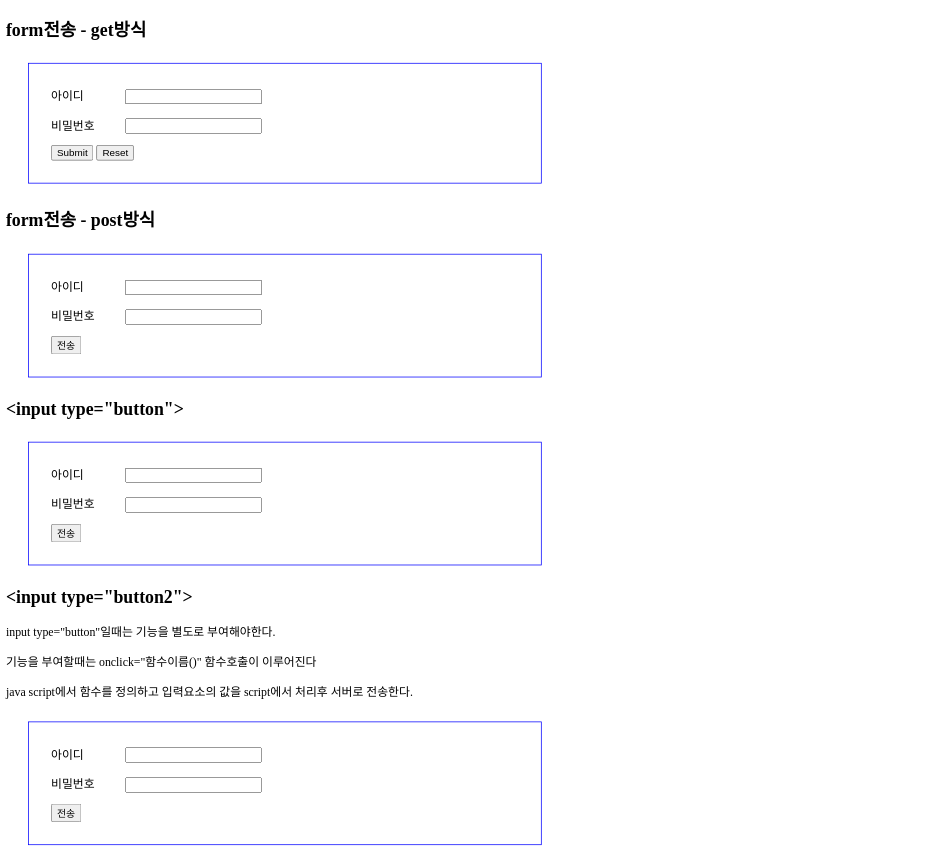
Repository: windy9109/FrontendClass
Page: webpro/src/main/webapp/0225/formDate.html
These files come from the project's save history. The page is drawn as it stood at one moment and after the next save; the edit follows.
The browser window is 1280 px wide. The pictures show the whole page, at 74% of full size.

Above is the page before, as saved 2022-02-25 08:19:19.

### webpro/src/main/webapp/0225/formDate.html
<!DOCTYPE html>
<html>
<head>
<meta charset="UTF-8">
<title>Insert title here</title>
<style type="text/css">
form{
border: 1px solid blue;
margin: 30px;
padding: 30px;
width:50%;
}
label{
/* 인라인 요소에 크기조절
	display : inline block */
display: inline-block;
width:100px;
height: 40px;
}

</style>


<script type="text/javascript">
	function send(){

		//get방식으로 전송
/* 		//폼에서 입력한 id와 pass값을 가져온다.
		var vid = document.getElementById("id").value;
		var vpass = document.getElementById("pass").value;

		//서버로 보내기 - form객체가 필요
		var vform = document.getElementById('ff');
		vform.action = "form.jsp?id="+vid+"&pass="+vpass; //공백있으면안됨
		vform.method="get";
		vform.submit(); //get타입으로 */




		//post방식으로 전송
		var vform = document.getElementById('ff');
		vform.submit(); //서버로전송한다.




	}

</script>


</head>
<body>

	<h2>form전송 - get방식</h2>
	<form action="form.jsp" method="get">
		<label>아이디</label><input type="text" name="id"><br>
		<label>비밀번호</label><input type="passward" name="pass"><br>
		<input type="submit">
		<input type="reset"> <!-- 초기화 -->
	</form>


	<h2>form전송 - post방식</h2>
	<form action="form.jsp" method="post">
		<label>아이디</label><input type="text" name="id"><br>
		<label>비밀번호</label><input type="passward" name="pass"><br>
		<input type="submit" value="전송"><!-- submit는 서버전송기능 있음 -->
	</form>



	<h2>&lt;input type="button"></h2>
	<form action="form.jsp" method="post">
		<label>아이디</label><input type="text" name="id"><br>
		<label>비밀번호</label><input type="passward" name="pass"><br>
		<input type="button" value="전송" onclick="alert('hello')"><!-- button은 서버전송기능 없음 -->
	</form>



	<h2>&lt;input type="button2"></h2>
	<p>input type="button"일때는 기능을 별도로 부여해야한다.</p>
	<p>기능을 부여할때는 onclick="함수이름()" 함수호출이 이루어진다</p>
	<p>java script에서 함수를 정의하고 입력요소의 값을 script에서 처리후 서버로 전송한다.</p>
	<form id="ff" action="form.jsp" method="post">
		<label>아이디</label><input type="text" name="id" id="id"><br>
		<label>비밀번호</label><input type="passward" name="pass" id="pass"><br>
		<input type="button" value="전송" onclick="send()"><!-- button은 서버전송기능 없음 -->
	</form>















</body>
</html>

After the next save:
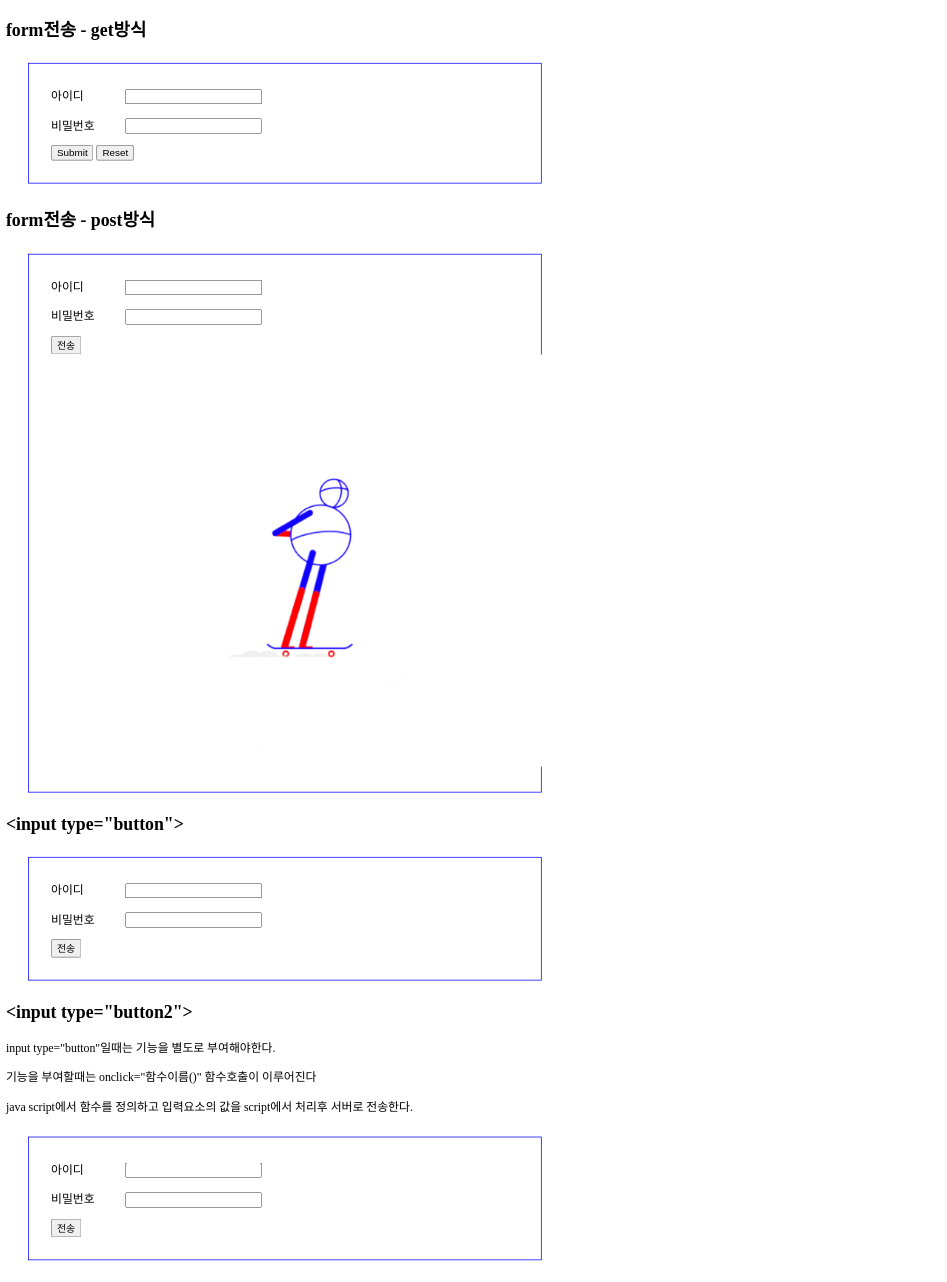
Saved 10 min 27 s later.
--- a/webpro/src/main/webapp/0225/formDate.html
+++ b/webpro/src/main/webapp/0225/formDate.html
@@ -67,6 +67,7 @@ height: 40px;
 		<label>아이디</label><input type="text" name="id"><br>
 		<label>비밀번호</label><input type="passward" name="pass"><br>
 		<input type="submit" value="전송"><!-- submit는 서버전송기능 있음 -->
+		<input type="image" src="../images/images01.gif" alt="전송">
 	</form>
 
 
